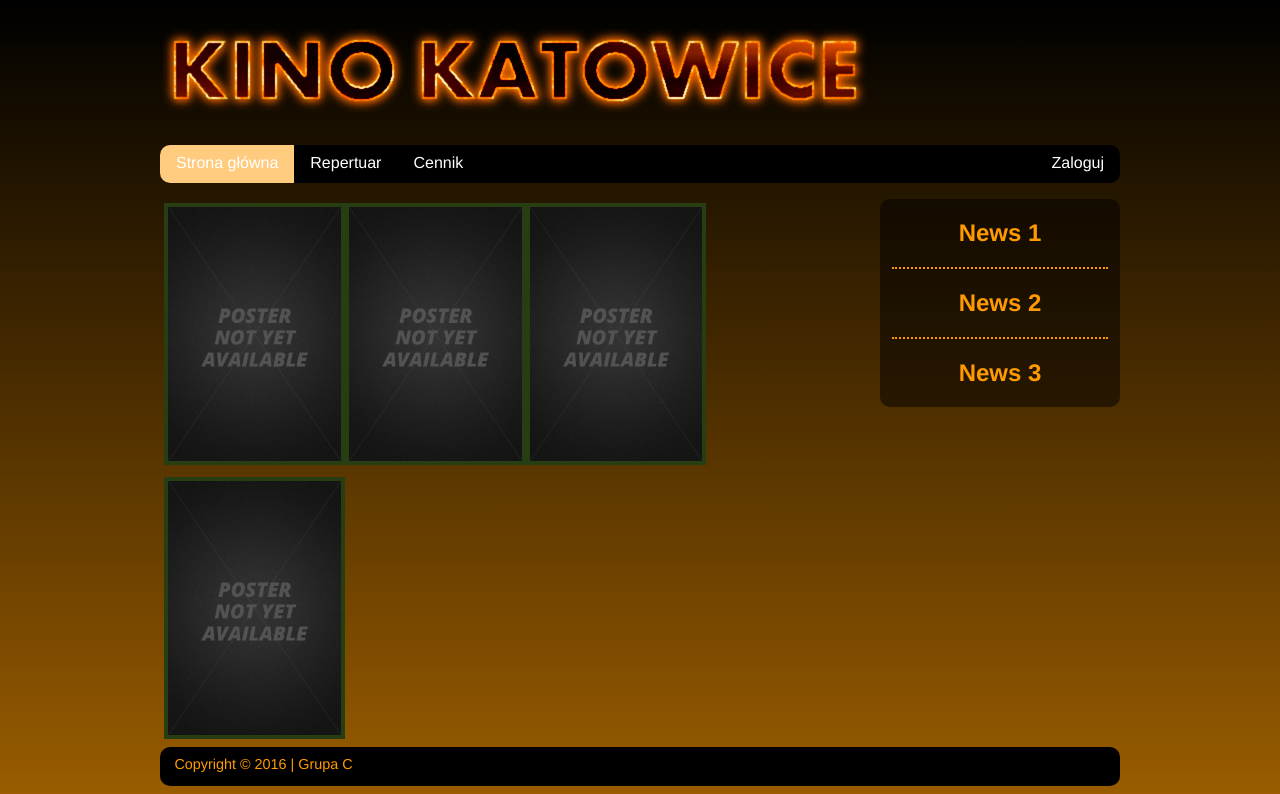
Repository: Gate4/Grupa-C
Page: http://localhost/KinoWebApp/WEB-INF/jsp/welcome.jsp
An editor plug-in stored every save of this project. The page is shown before and after the next save, followed by the edit.
The browser window is 1280 px wide. The pictures show the whole page.
Some web libraries are served in a nearby version. The page is served by Tomcat 9. Nobody is signed in. The template is opened directly, without the code that normally fills it, so the values that code supplies are empty.

Above is the page before, as saved 2016-04-21 21:28:10.

After the next save:
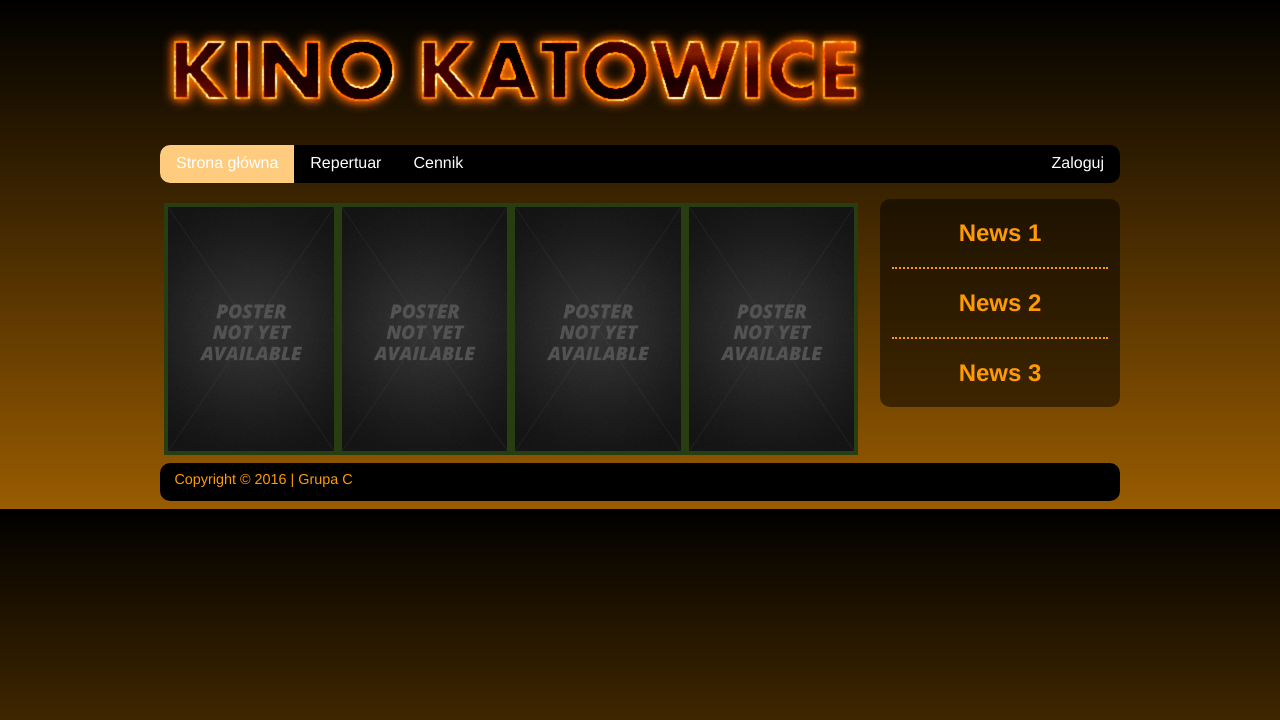
Saved 8 s later.
--- a/KinoWebApp/WebContent/resources/style.css
+++ b/KinoWebApp/WebContent/resources/style.css
@@ -95,7 +95,7 @@ nav ul li:last-child a:hover, nav ul li:last-child a.active{
 }
 
 .tile{
-	width: 24%;
+	width: 23%;
 	padding: 4px 4px 4px 4px;
 }
 
